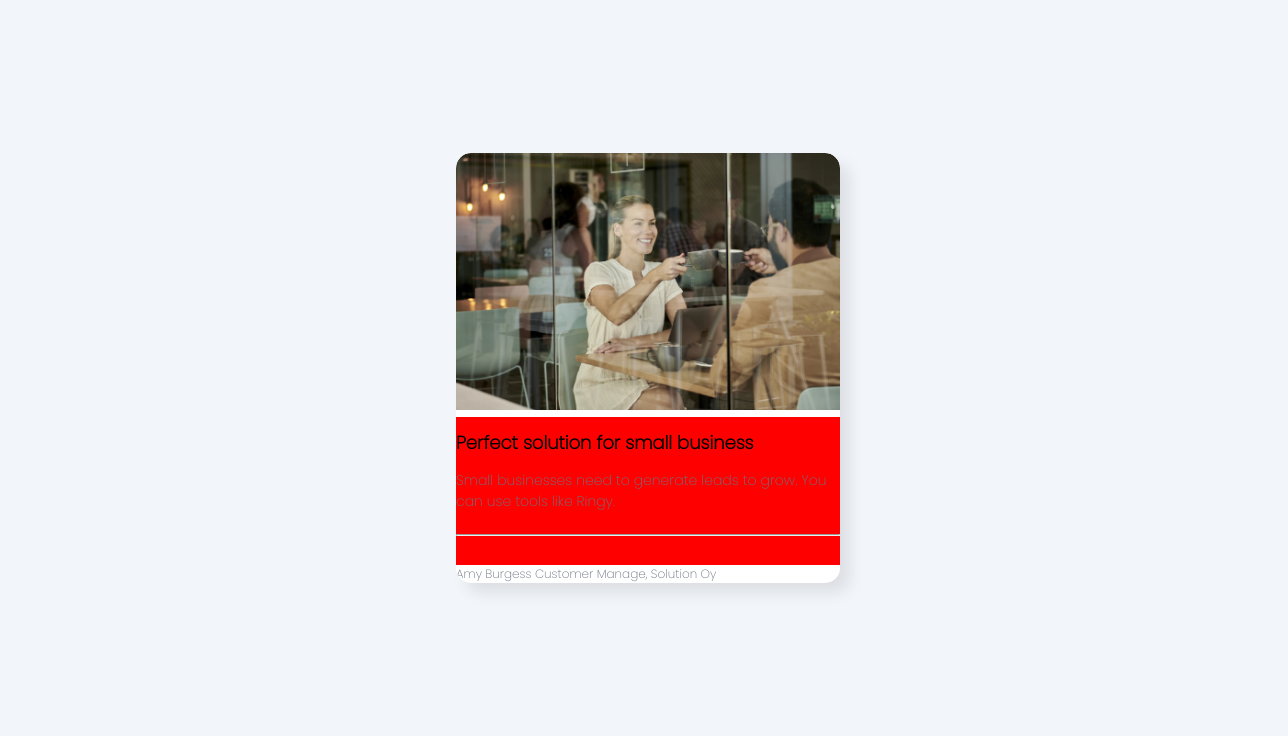
Repository: massndongo/business-blog-card
Page: index.html
These files come from the project's save history. The page is drawn as it stood at one moment and after the next save; the edit follows.
The browser window is 1280 px wide. The page is 1288 px wide, so the pictures cover 1288 px, including what lies to the right of the window. The pictures show the whole page.

Above is the page before, as saved 2023-11-08 04:56:25.

### index.html
<!DOCTYPE html>
<html lang="en">
<head>
    <meta charset="UTF-8">
    <meta name="viewport" content="width=device-width, initial-scale=1.0">
    <link rel="stylesheet" href="css/styles.css">
    <title>Responsive Web Developer Starter - devchallenges.io</title>
    <link rel="icon" href="images/favicon.ico" type="image/x-icon" sizes="any">
</head>
<body>
    <div class="card">
        <img src="images/hero-image-business-card.png" alt="" srcset="">
        <div class="card-body">
            <h1 class="title">Perfect solution for small business</h1>
            <p class="corps">Small businesses need to generate leads to grow. You can use tools like Ringy.</p>
        </div>
        <hr>
        <div class="card-footer">
            <!-- <img src="images/avatar-image-business-card.png" alt="" srcset=""> -->
            <div>
                <span>Amy Burgess</span>
                <span>Customer Manage, Solution Oy</span>
            </div>
        </div>
    </div>
</body>
</html>

### css/styles.css
@import url('https://fonts.googleapis.com/css2?family=Poppins:wght@200&display=swa');

* {
    box-sizing: border-box;
    font-family: 'Poppins', sans-serif;
    overflow: hidden;
}

/* Add some styles for body*/
body {
    width: 100%;
    height: 100vh;
    background-color: #F2F5F9;
    display: flex;
    justify-content: center;
    align-items: center;

}

.card{
    position: relative;
    flex-direction: column;
    background-color: #FFFFFF;
    box-shadow: 10px 10px 15px 0px rgba(0, 0, 0, 0.09);
    width: 30%;
    height: auto;
    border-radius: 15px;
}
.card img{
    width: 100%;
    /* border-radius: 10px; */
    border-radius: 15px 15px 0 0;
}
.card-body{
    background-color: red;
    padding-bottom: 10%;

}
.title{
    font-size: 18px;
    z-index: 1;

}
.corps{
    font-size: 14px;

}
.card-footer{
    position: relative;
    font-size: 12px;
}
.corps, .card-footer, hr{
    color: #6C727F
}
hr{
    width: 100%;
    height: 1px;
    position: absolute;
    bottom: 9%;
    left: 0;
    right: 0;
    background-color: #6c727f85;
}

@media screen and (max-width: 768px) {
    .card {
        width: 90%;
    }
}

After the next save:
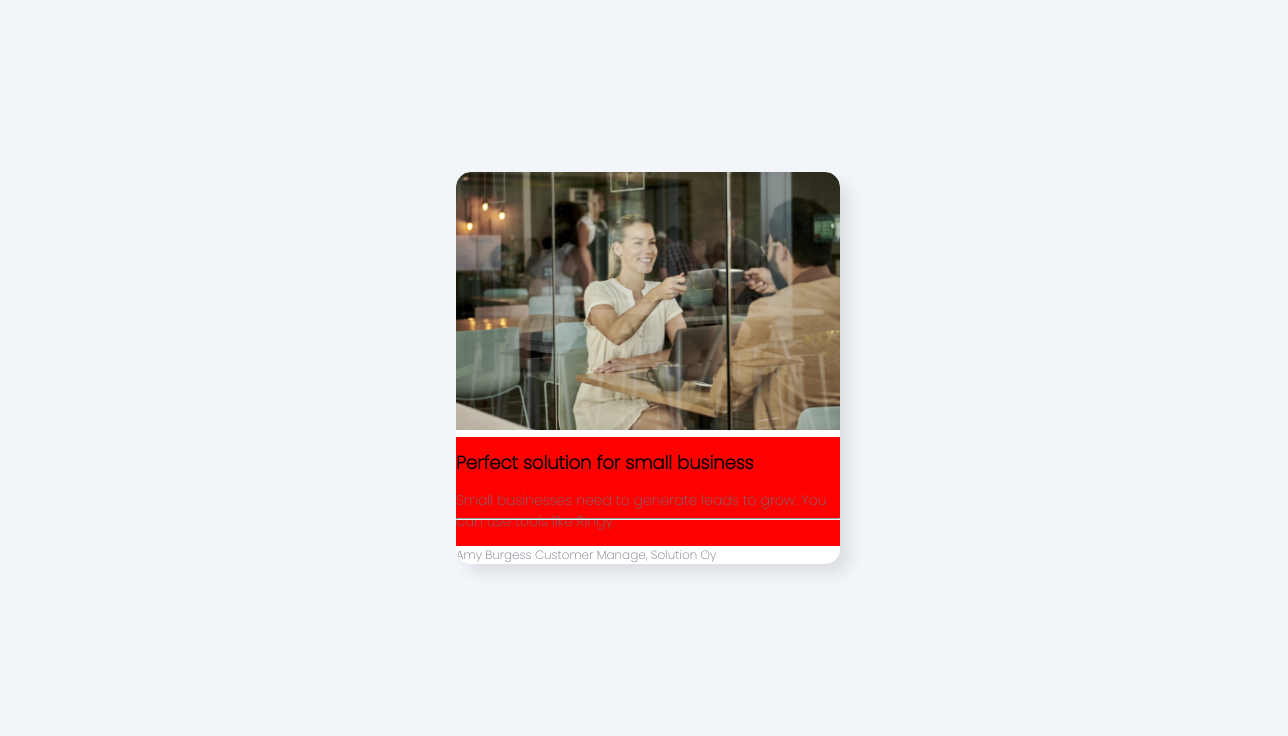
Saved 7 s later.
--- a/css/styles.css
+++ b/css/styles.css
@@ -33,7 +33,6 @@ body {
 }
 .card-body{
     background-color: red;
-    padding-bottom: 10%;
 
 }
 .title{
